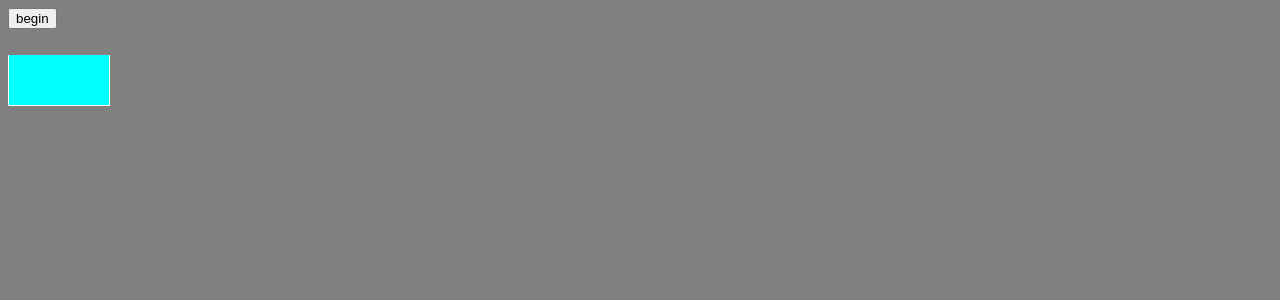
Repository: albinsabu2023/Stopwatch-program
Page: index.html
The author's editor kept a copy of each file at every save. The page is drawn from the files as they stood at one save, then again after the next save.
The browser window is 1280 px wide. The pictures show the whole page.
After loading, the first visible `#button` was clicked once.

Above is the page before, as saved 2023-03-03 19:49:38.

After the next save:
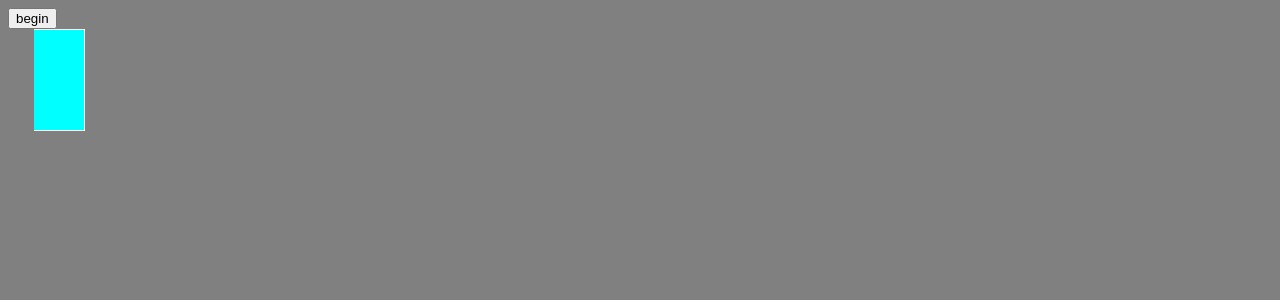
Saved 8 s later.
--- a/index.js
+++ b/index.js
@@ -98,7 +98,7 @@ function move() {
       clearInterval(timer);
     } else {
       degrees += 1;
-      div.style.transform = "rotateX(" + degrees + "deg)";
+      div.style.transform = "rotatey(" + degrees + "deg)";
     }
   }
 }
